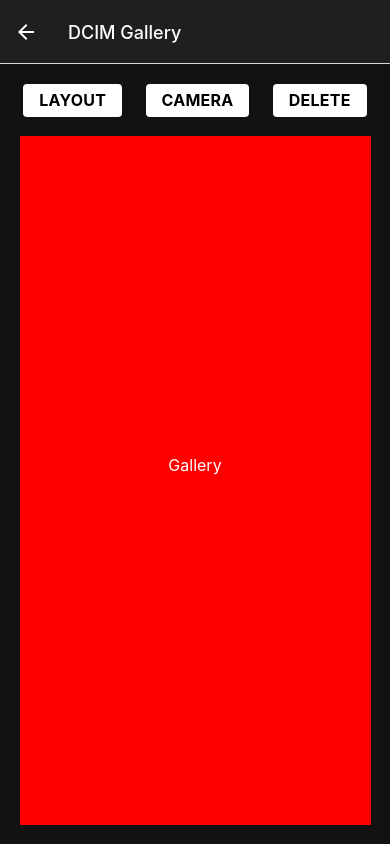
Repository: jzielinski47/react-native-camera-app
Screen: /gallery
These files come from the project's save history. The screen is drawn as it stood at one moment and after the next save; the edit follows.
The app was drawn by React Native's web renderer in a window 390 px wide. The project was rebuilt for these pictures with package versions that can differ from the ones it lists, and the page was loaded fresh each time.

Above is the screen before, as saved 2022-12-04 15:14:13.

After the next save:
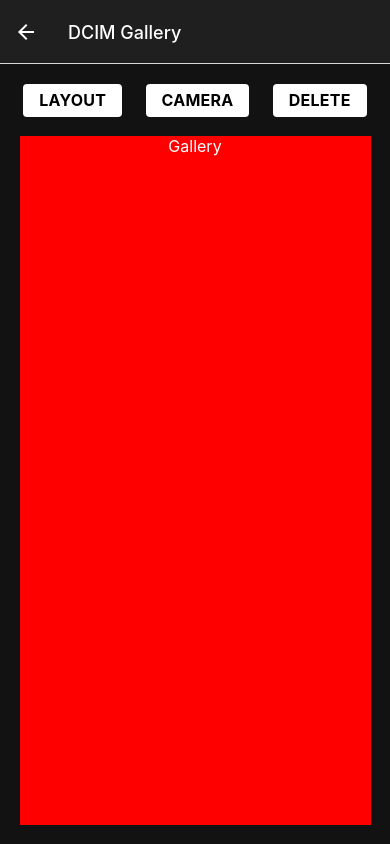
Saved 5 s later.
--- a/screens/Gallery.jsx
+++ b/screens/Gallery.jsx
@@ -20,7 +20,7 @@ export default function Gallery() {
 const styles = StyleSheet.create({
     container: { flex: 1, backgroundColor: '#121212' },
     headlineBtns: { flexDirection: 'row', justifyContent: 'space-evenly', paddingTop: '5%' },
-    gallery: { flex: 1, justifyContent: 'center', alignItems: 'center', backgroundColor: 'red', margin: '5%' },
+    gallery: { flex: 1, justifyContent: 'flex-start', alignItems: 'center', backgroundColor: 'red', margin: '5%' },
     image: { flex: 1, justifyContent: 'center', alignItems: 'center' },
     icon: { width: 50, height: 50, margin: 10 },
     title: { color: 'white', fontWeight: 'bold', fontSize: 32, marginBottom: 5 },
